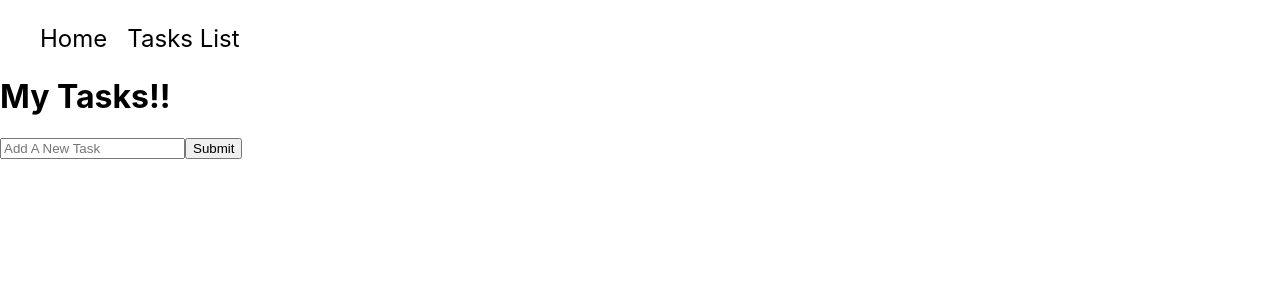
Repository: runner855/abstract_todolist
Page: /
An editor plug-in stored every save of this project. The page is shown before and after the next save, followed by the edit.
The browser window is 1280 px wide. The pictures show the whole page.
The project was rebuilt for these pictures with package versions that can differ from the ones it lists, and the page was loaded fresh each time.

Above is the page before, as saved 2022-11-08 15:34:27.

### src/App.tsx
import React from "react";
import { Header } from "./Header";
import "./App.css";

export const App = () => {
  return (
    <div className="App">
      <Header />
      <h1>My Tasks!!</h1>
      <input type="text" placeholder="Add A New Task"></input>
      <button onClick={() => console.log("clicked")}>Submit</button>
    </div>
  );
};

### src/Header.tsx
import * as React from "react";
import "./Header.css";

export const Header = () => {
  return (
    <div className="home">
      <ul>
        <li>Home</li>
        <li>Tasks List</li>
      </ul>
    </div>
  );
};

### src/Header.css
ul{
   text-align: left;
   list-style: none;
   font-size: 1.5em;
   display: flex;

}
ul li {
    margin-right: 20px;
}

### src/App.css
h1 input{
  text-align: center;
}

Loaded but not shown: public/index.html (common file); src/index.tsx (common file); src/index.css (common file)

After the next save:
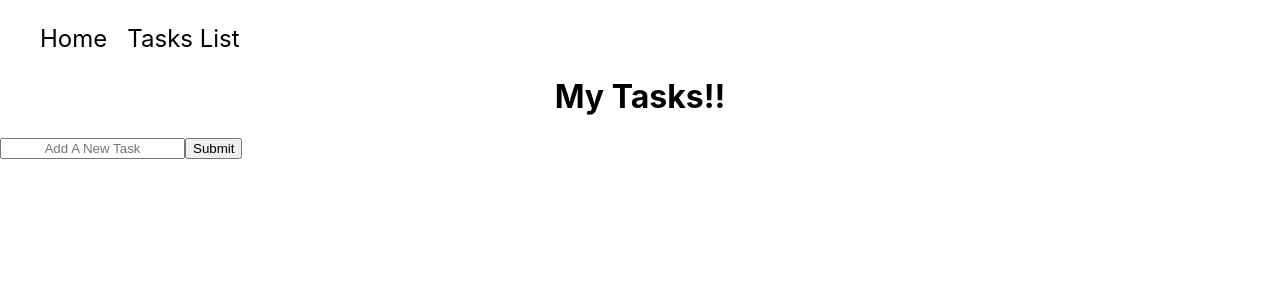
Saved 13 s later.
--- a/src/App.css
+++ b/src/App.css
@@ -1,3 +1,3 @@
-h1 input{
+h1, input{
   text-align: center;
 }
